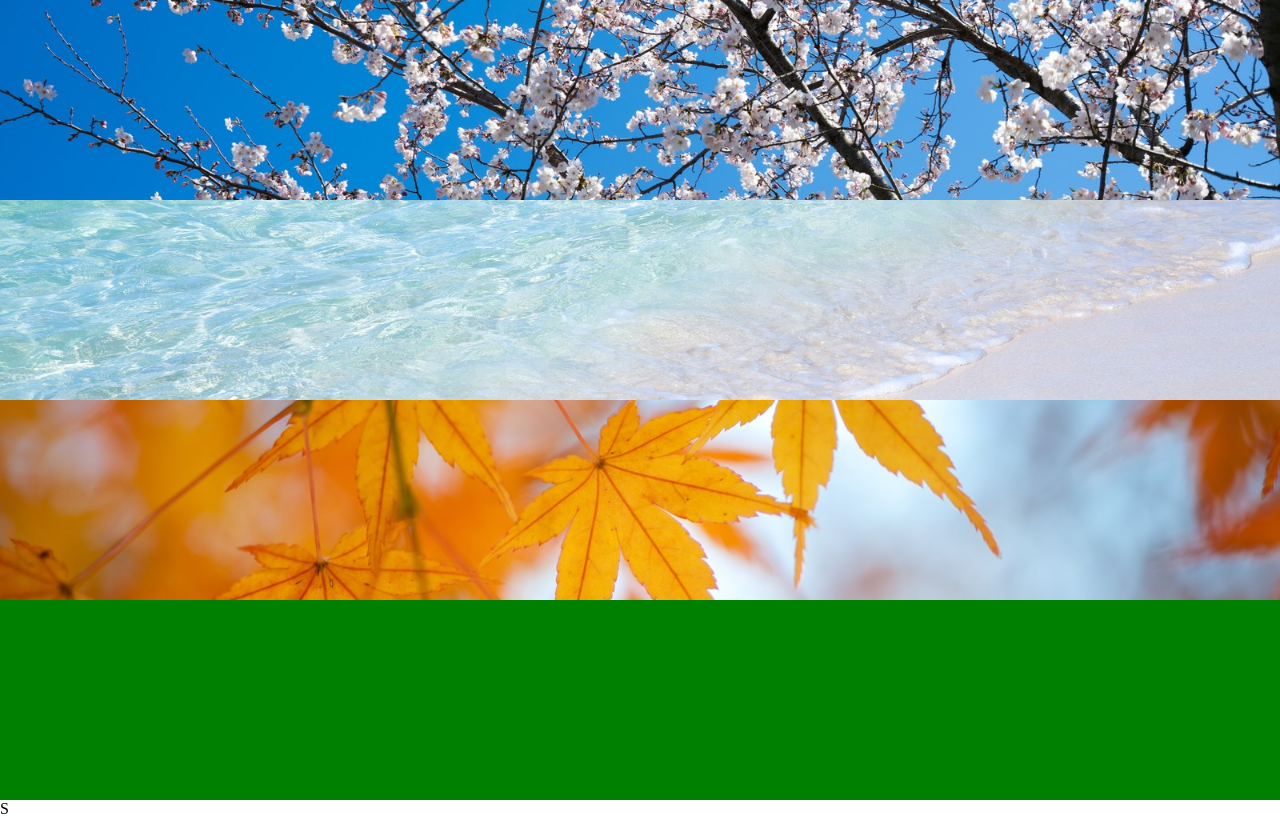
Repository: Souax/prac_20231021
Page: Chapter6/6.html
The author's editor kept a record of every edit. The page is drawn from the files as they stood at one moment, then again after the next edit.
The browser window is 1280 px wide. The pictures show the whole page.

Above is the page before.

After the next edit:
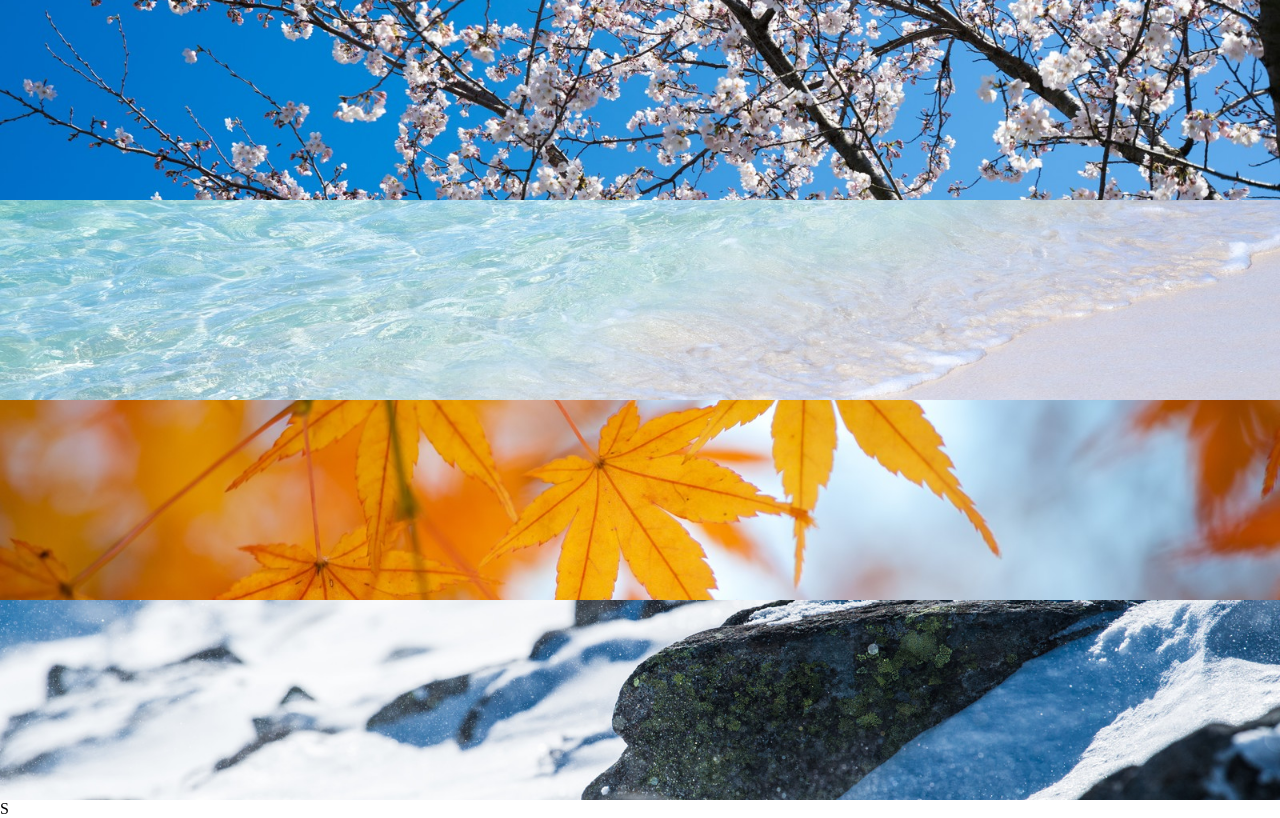
The edit:
--- a/Chapter6/6.css
+++ b/Chapter6/6.css
@@ -29,5 +29,7 @@
 .box4{
   width:100%;
   height:200px;
-  background-color:green;
+  background-image:url(img/box4.jpg);
+  background-size:cover;
+  background-position:center;
 }
